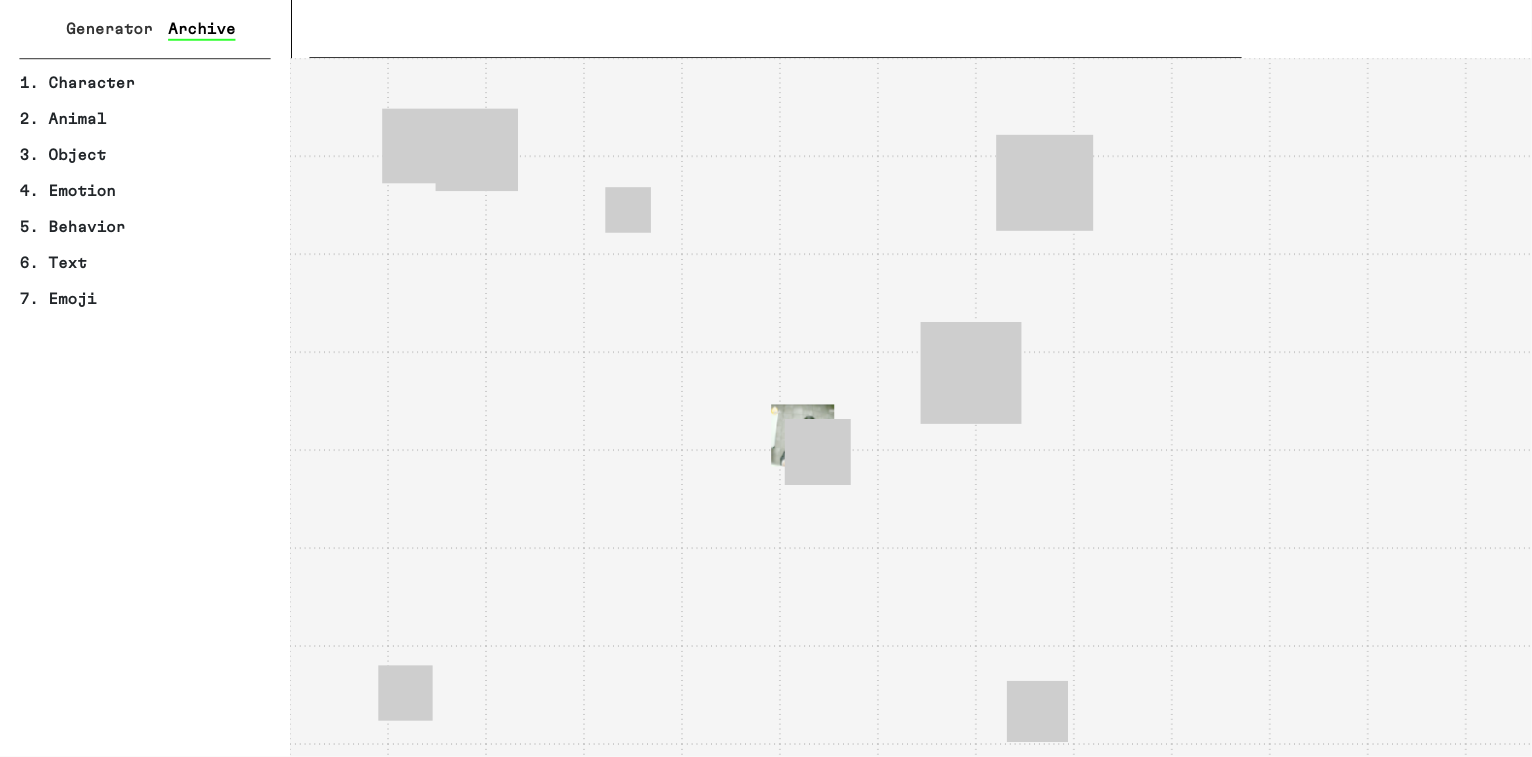
Repository: CastleBelll/project2
Page: /archive (app in job_app/)
These files come from the project's save history. The page is drawn as it stood at one moment and after the next save; the edit follows.
The browser window is 1280 px wide. The page is 1579 px wide, so the pictures cover 1579 px, including what lies to the right of the window. The pictures show the whole page, at 97% of full size.
The project was rebuilt for these pictures with package versions that can differ from the ones it lists, and the page was loaded fresh each time. Also part of the build but not shown: job_app/src/Archive/ArchiveInfo.css, job_app/src/Archive/ArchiveInfo.js, job_app/src/Generator/Generator.js.

Above is the page before, as saved 2024-12-15 13:04:26.

After the next save:
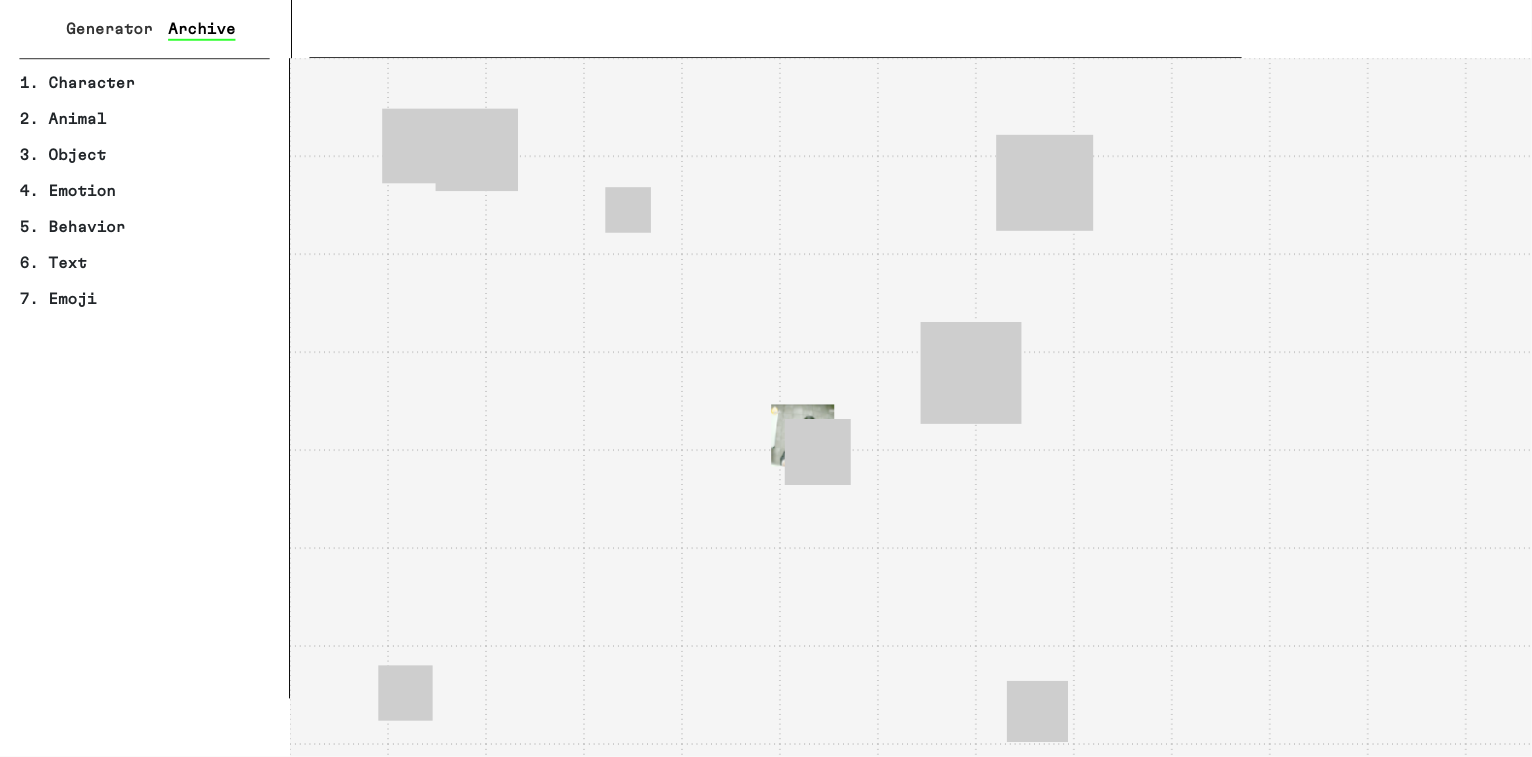
Saved 18 s later.
--- a/job_app/src/Archive/ArchiveLeft.css
+++ b/job_app/src/Archive/ArchiveLeft.css
@@ -4,6 +4,7 @@
   width: 5%;
   min-width: 299px;
   background-color: #ffffff;
+  border-right: solid 1px black;
   position: relative;
 }
 
